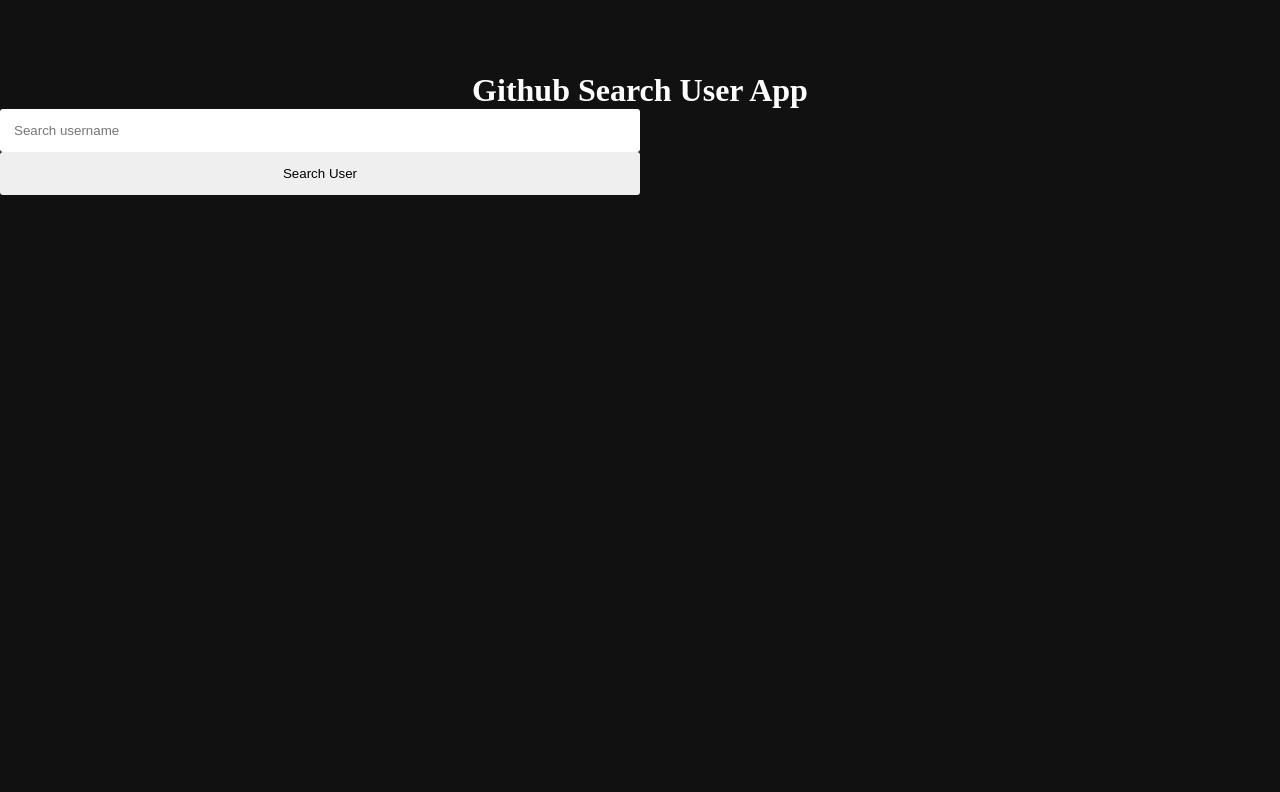
Repository: solox-cyber/Github-search-user
Page: index.html
An editor plug-in stored every save of this project. The page is shown before and after the next save, followed by the edit.
The browser window is 1280 px wide. The pictures show the whole page.

Above is the page before, as saved 2023-03-25 18:26:52.

After the next save:
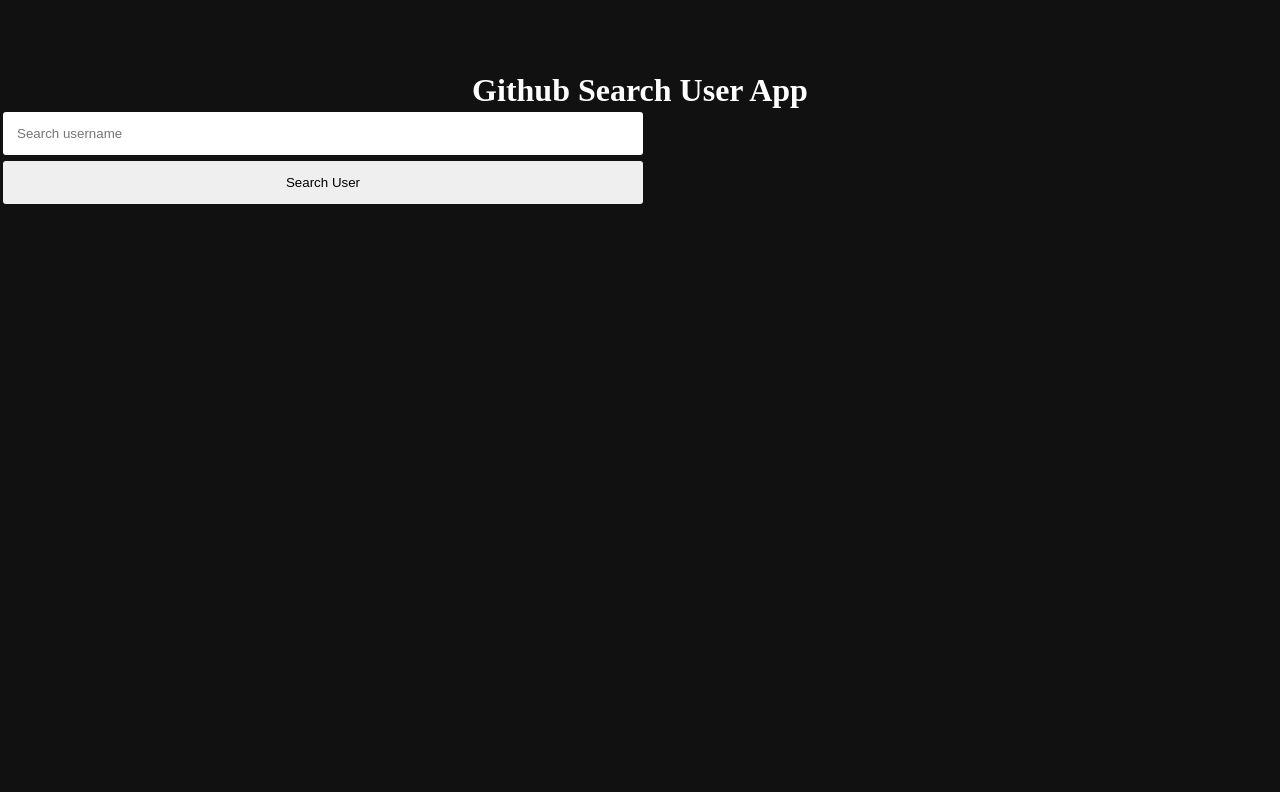
Saved 5 s later.
--- a/style.css
+++ b/style.css
@@ -35,5 +35,5 @@
       border: none;
       padding: 14px;
       border-radius: 3px;
-      margin: ;
+      margin: 3px;
     }
